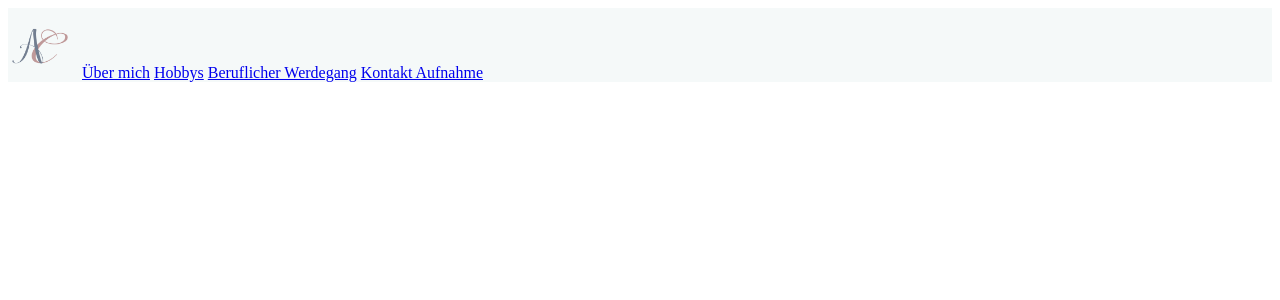
Repository: Ava-VictoriaCrivello/website
Page: index.html
These files come from the project's save history. The page is drawn as it stood at one moment and after the next save; the edit follows.
The browser window is 1280 px wide. The pictures show the whole page.

Above is the page before, as saved 2022-05-29 11:35:00.

After the next save:
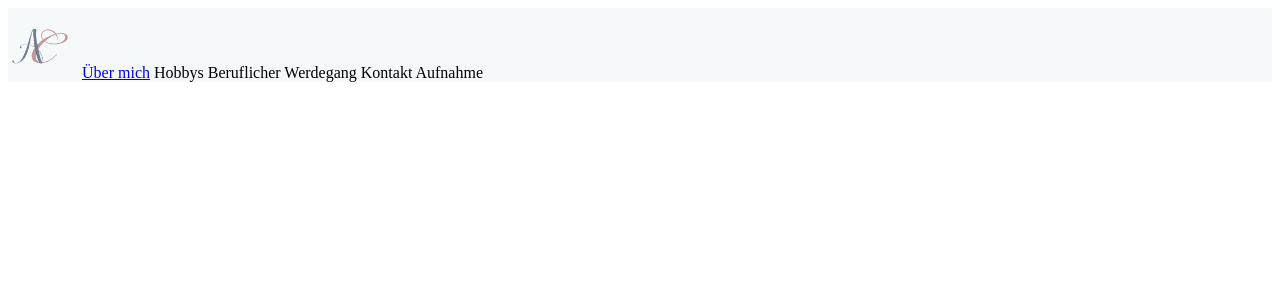
Saved 3 min 5 s later.
--- a/index.html
+++ b/index.html
@@ -13,9 +13,9 @@
 
                 <label> <img src="logo.png"width="70px" alt="A und ein C"> </label>
                 <a class="navigation" href="#Übermich">Über mich</a>
-                <a href="#Hobbys">Hobbys</a>
-                <a href="#Work">Beruflicher Werdegang</a>
-                <a href="#Contact">Kontakt Aufnahme</a>
+                <a class="#Hobbys">Hobbys</a>
+                <a class="#Work">Beruflicher Werdegang</a>
+                <a class="#Contact">Kontakt Aufnahme</a>
 
 
       </header>
